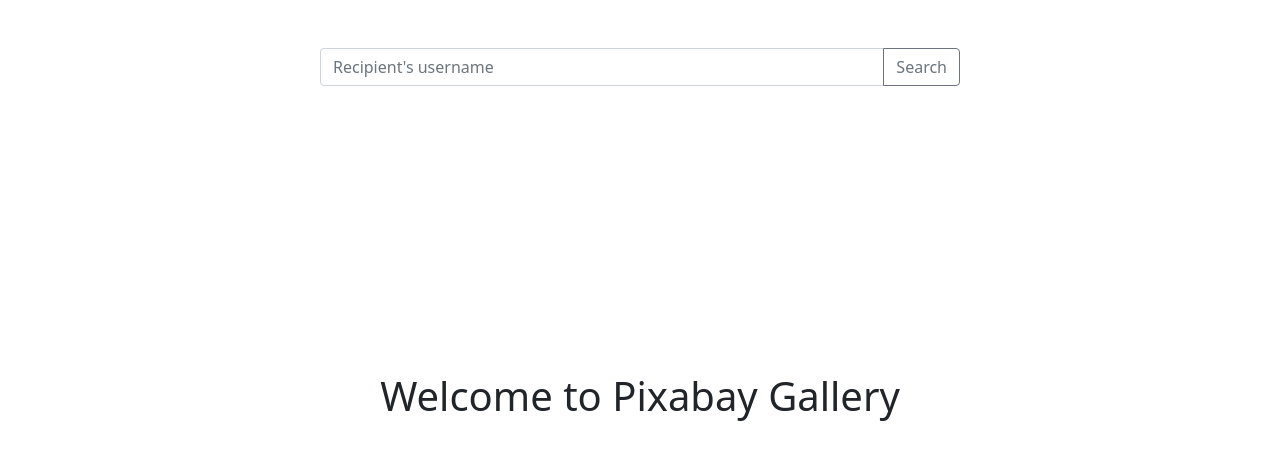
Repository: mehedi9465/PixaBay-Gallery
Page: index.html
An editor plug-in stored every save of this project. The page is shown before and after the next save, followed by the edit.
The browser window is 1280 px wide. The pictures show the whole page.

Above is the page before, as saved 2023-05-09 14:49:27.

After the next save:
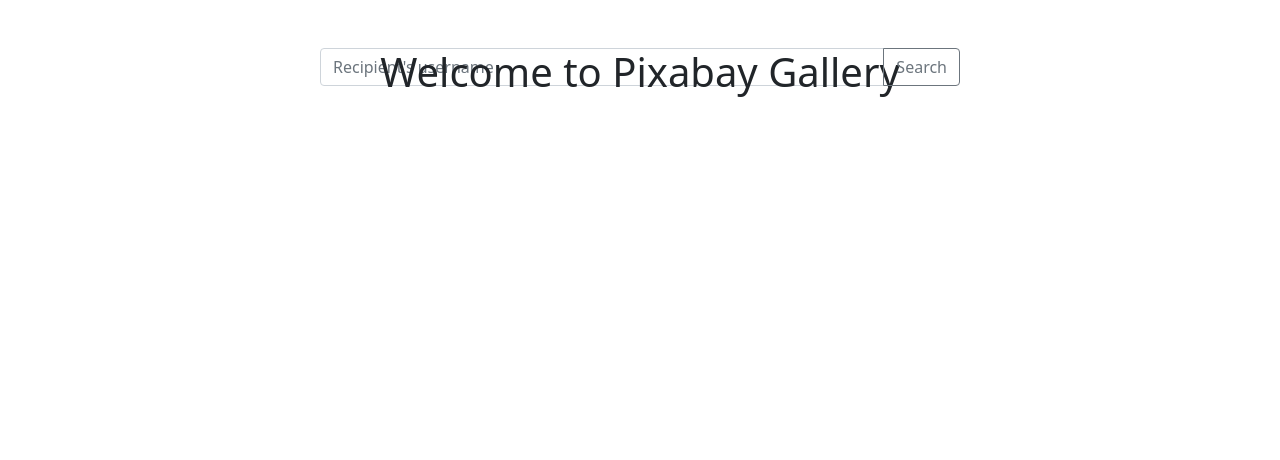
Saved 7 s later.
--- a/index.html
+++ b/index.html
@@ -25,7 +25,7 @@
   </head>
   <body>
     <main>
-      <div class="position-relative" style="height: 90vh;">
+      <div class="position-relative" style="height: 0vh;">
         <div class="input-group mt-5 mb-5 w-50 mx-auto overflow-hidden">
         <input
           type="text"
@@ -43,10 +43,7 @@
           Search
         </button>
       </div>
-      <div class="text-center fs-1 position-absolute top-50 bottom-50 start-0 end-0 m-auto">
-
-          <h1 class="text-center fs-1 position-absolute top-50 bottom-50 start-0 end-0 m-auto">Welcome to Pixabay Gallery</h1>
-      </div>
+      <h1 class="text-center fs-1 position-absolute top-50 bottom-50 start-0 end-0 m-auto">Welcome to Pixabay Gallery</h1>
       </div>
     </main>
 
